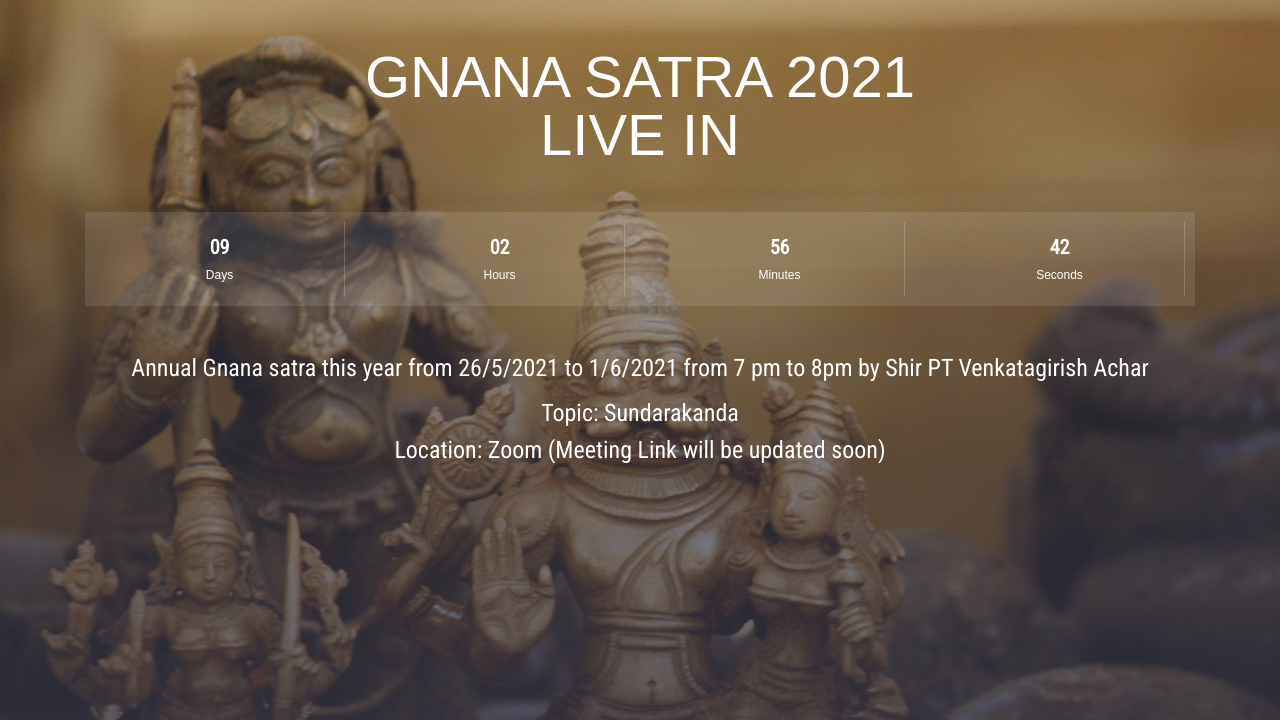
Repository: anirudhbichal/gs
Page: /
These files come from the project's save history. The page is drawn as it stood at one moment and after the next save; the edit follows.
The browser window is 1280 px wide. The pictures show the whole page.
Some web fonts or font styles are not loaded; a fallback is used. The project was rebuilt for these pictures with package versions that can differ from the ones it lists, and the page was loaded fresh each time.

Above is the page before, as saved 2021-05-17 17:56:10.

After the next save:
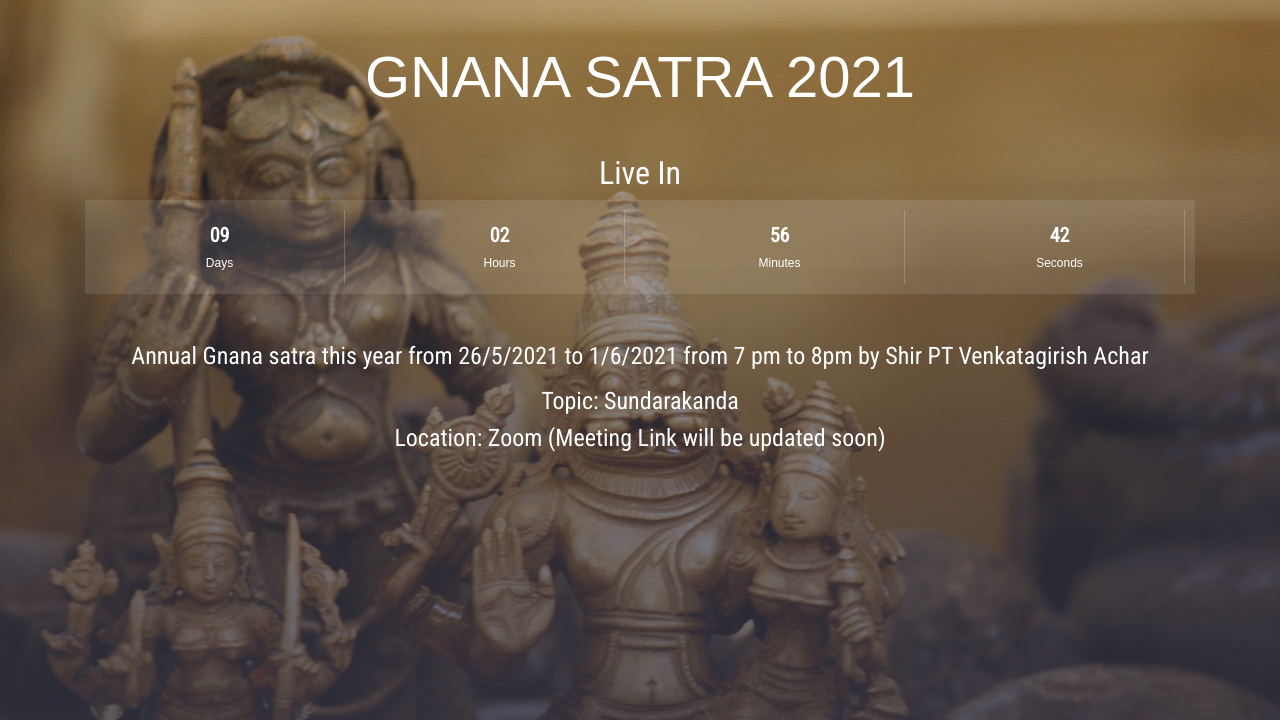
Saved 38 s later.
--- a/src/App.js
+++ b/src/App.js
@@ -9,9 +9,8 @@ function App() {
       <Container className="my-5">
         <h1 className="mb-5">
           Gnana Satra 2021
-          <br />
-          Live In
         </h1>
+        <h2>Live In</h2>
         <Timer />
         <h4 className="mt-5">
           Annual Gnana satra this year from 26/5/2021 to 1/6/2021 from 7 pm to 8pm by Shir PT Venkatagirish Achar
